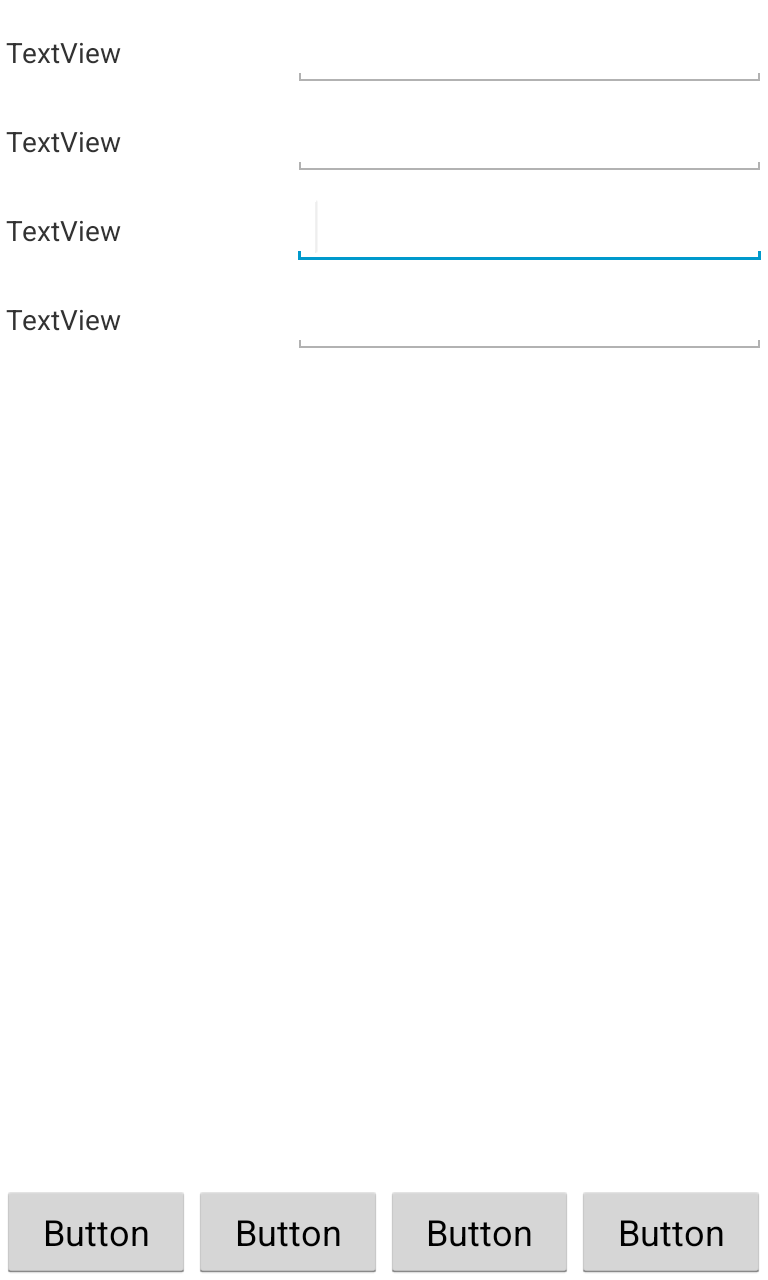
Repository: AungWinnHtut/Android
Layout: mywork1/Sale_system/res/layout/activity_main.xml
These files come from the project's save history. The layout is drawn as it stood at one moment and after the next save; the edit follows.
It is drawn on a 768 x 1280 px phone screen (xhdpi) without system bars, with theme AppTheme; the app's code is not run.

Above is the layout before, as saved 2015-07-12 04:25:37.

After the next save:
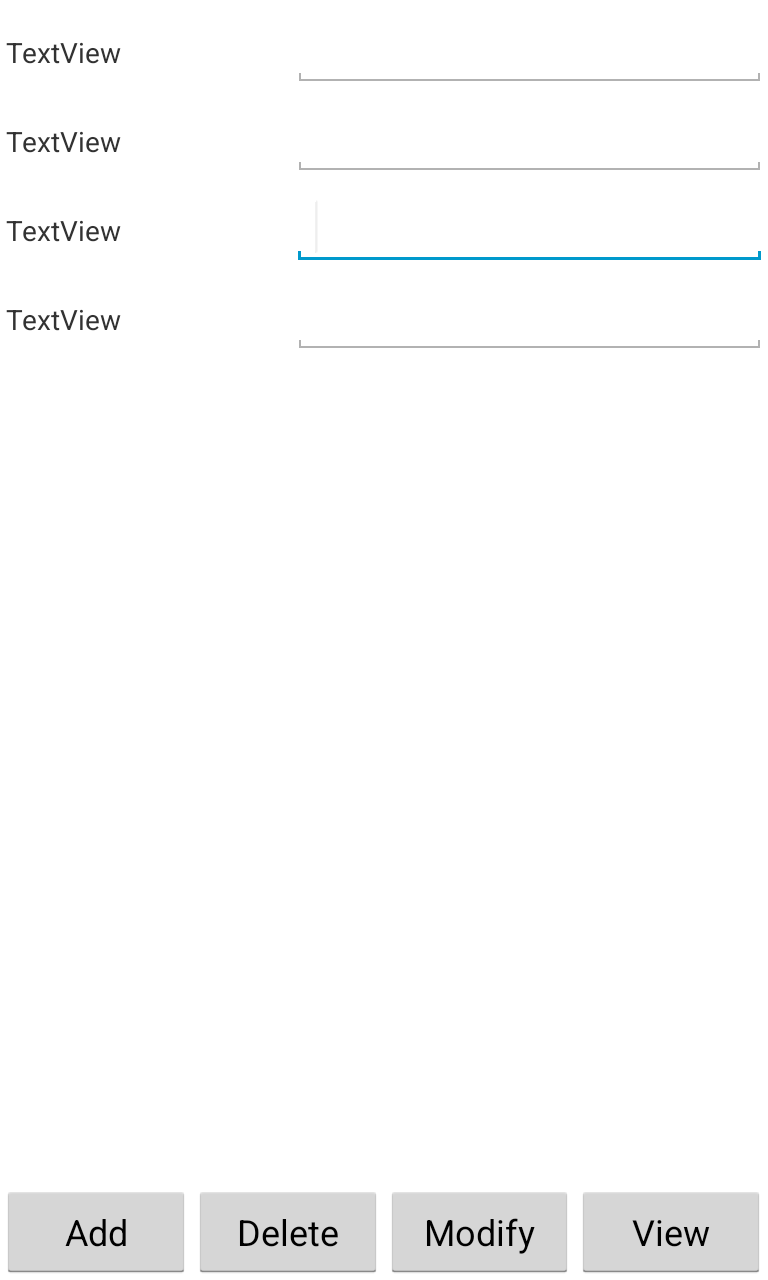
Saved 97 s later.
--- a/mywork1/Sale_system/res/layout/activity_main.xml
+++ b/mywork1/Sale_system/res/layout/activity_main.xml
@@ -1,9 +1,8 @@
-<LinearLayout xmlns:android="http://schemas.android.com/apk/res/android"
-    xmlns:tools="http://schemas.android.com/tools"
+<LinearLayout xmlns:tools="http://schemas.android.com/tools"
     android:id="@+id/LinearLayout1"
     android:layout_width="match_parent"
     android:layout_height="match_parent"
-    android:orientation="vertical" >
+    android:orientation="vertical" xmlns:android="http://schemas.android.com/apk/res/android">
 
 
 
@@ -137,13 +136,19 @@
         android:layout_gravity="bottom" >
 
 
+
+
         <Button
-            android:id="@+id/button2"
+            android:id="@+id/btnadd"
             android:layout_width="0dp"
             android:layout_height="wrap_content"
             android:layout_gravity="bottom"
-                  android:layout_weight="0.1"
-            android:text="Button" />
+            android:layout_weight="0.1"
+            android:text="Add" />
+
+
+
+
 
 
         <Button
@@ -151,26 +156,30 @@
             android:layout_width="0dp"
             android:layout_height="wrap_content"
             android:layout_gravity="bottom"
-                  android:layout_weight="0.1"
-            android:text="Button" />
+            android:layout_weight="0.1"
+            android:text="Delete" />
+
+
 
 
         <Button
-            android:id="@+id/button3"
+            android:id="@+id/btnmodify"
             android:layout_width="0dp"
             android:layout_height="wrap_content"
             android:layout_gravity="bottom"
-               android:layout_weight="0.1"
-            android:text="Button" />
+            android:layout_weight="0.1"
+            android:text="Modify" />
+
+
 
 
         <Button
-            android:id="@+id/button4"
+            android:id="@+id/btnview"
             android:layout_width="0dp"
             android:layout_height="wrap_content"
             android:layout_gravity="bottom"
-               android:layout_weight="0.1"
-            android:text="Button" />
+            android:layout_weight="0.1"
+            android:text="View" />
 
     </LinearLayout>
 
